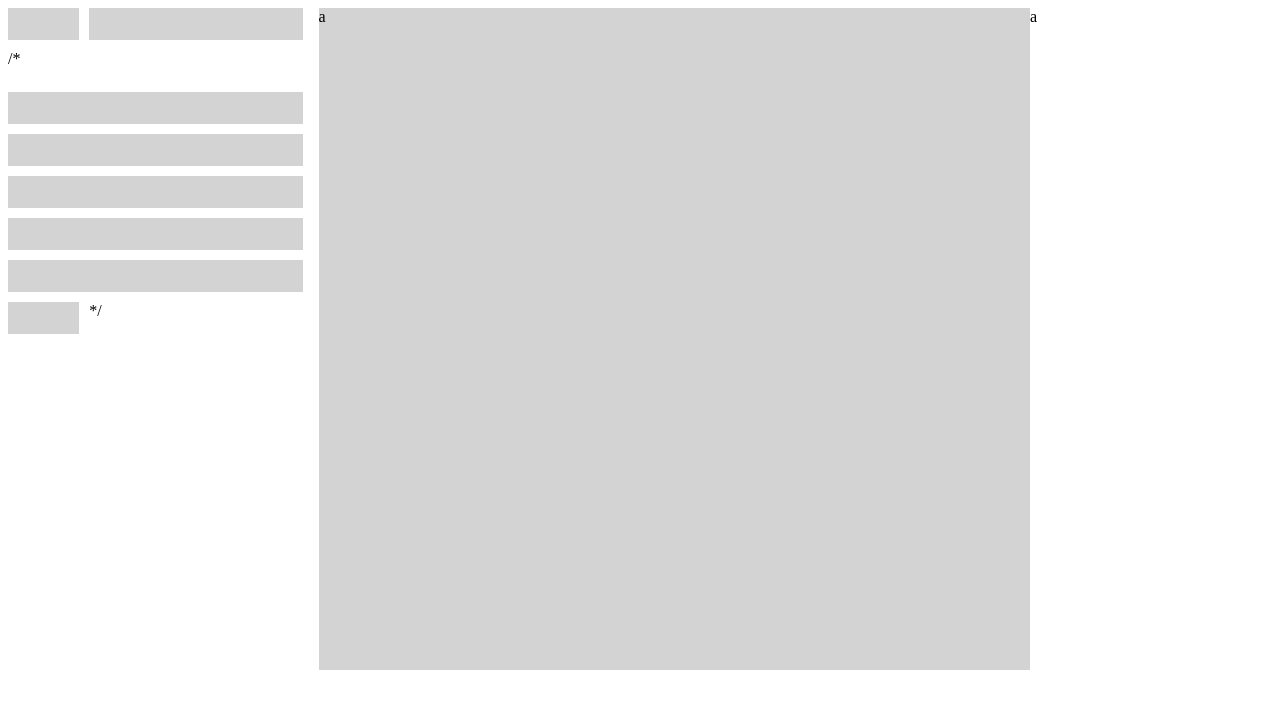
Repository: tr2cky/exercise2
Page: index.html
An editor plug-in stored every save of this project. The page is shown before and after the next save, followed by the edit.
The browser window is 1280 px wide. The pictures show the whole page.

Above is the page before, as saved 2022-10-01 11:39:38.

### index.html
<!DOCTYPE html>
<html lang="en">

<head>
    <meta charset="UTF-8">
    <meta http-equiv="X-UA-Compatible" content="IE=edge">
    <meta name="viewport" content="width=device-width, initial-scale=1.0">
    <link rel="stylesheet" href="style.css">
    <title>Document</title>
</head>

<body>
    <div class="container">
        <div class="side1">
        <div id="box1"></div>
        <div id="box2"></div>
        /*<div id="box3"></div>
        <div id="box4"></div>
        <div id="box5"></div>
        <div id="box6"></div>
        <div id="box7"></div>
        <div id="box8"></div>*/
        </div>
        <main>
            a
        </main>
        <div class="side2">
            a
        </div>
    </div>
</body>

</html>

### style.css
.container {
    display: flex;
    flex-direction: row;
    height: 92vh;
}
main {
    flex-grow: 3;
    background-color: lightgray;
}
.side1 {
    flex-grow: 1;
    display: grid;
    grid-template-columns: 1fr 3fr;
    grid-auto-rows: 2em;
    grid-gap: 10px;
    margin-right: 1em;
}
.side2 {
    flex-grow: 1;
}
.side1 div {
    background-color: lightgray;
}
#box1 {
    border: 1px solid lightgray;
    padding: 5px;
}
#box3{
    grid-column: 1/3;
    grid-row: 3;
}
#box4{
    grid-column: 1/3;
}
#box5{
    grid-column: 1/3;
}
#box6{
    grid-column: 1/3;
}
#box7{
    grid-column: 1/3;
}

After the next save:
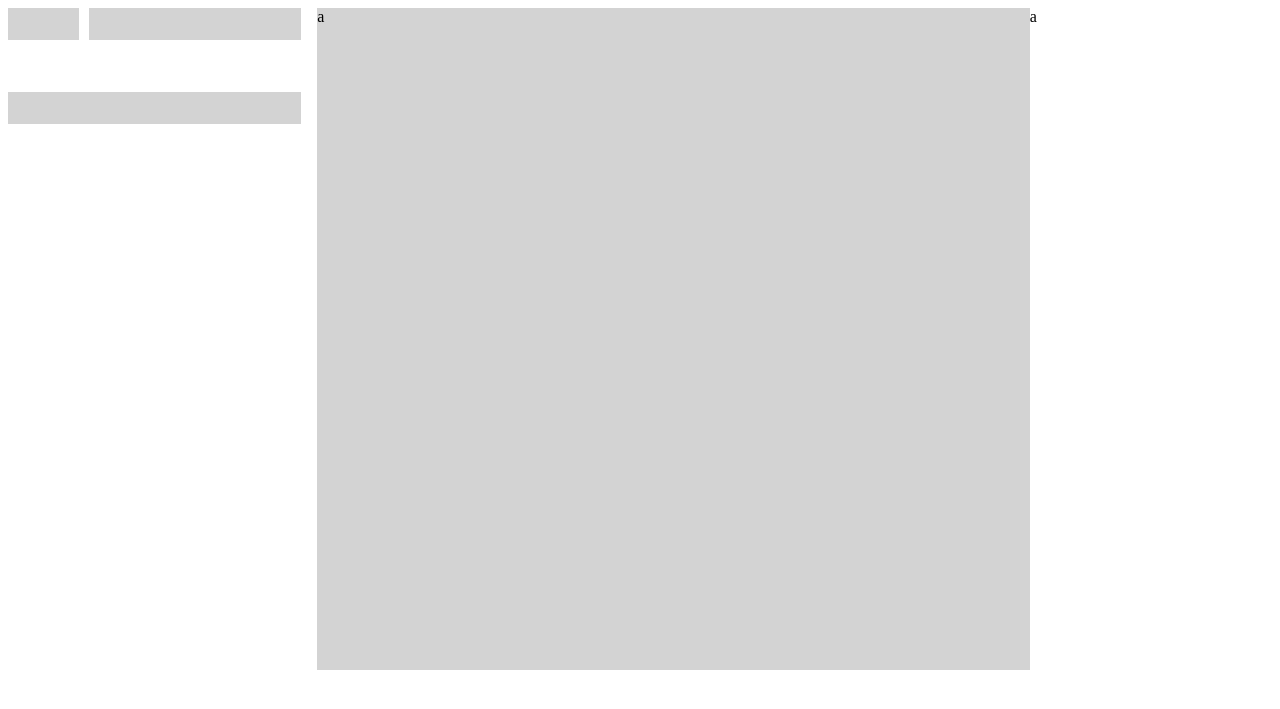
Saved 20 s later.
--- a/index.html
+++ b/index.html
@@ -14,12 +14,8 @@
         <div class="side1">
         <div id="box1"></div>
         <div id="box2"></div>
-        /*<div id="box3"></div>
-        <div id="box4"></div>
-        <div id="box5"></div>
-        <div id="box6"></div>
-        <div id="box7"></div>
-        <div id="box8"></div>*/
+        <div id="box3"></div>
+
         </div>
         <main>
             a
